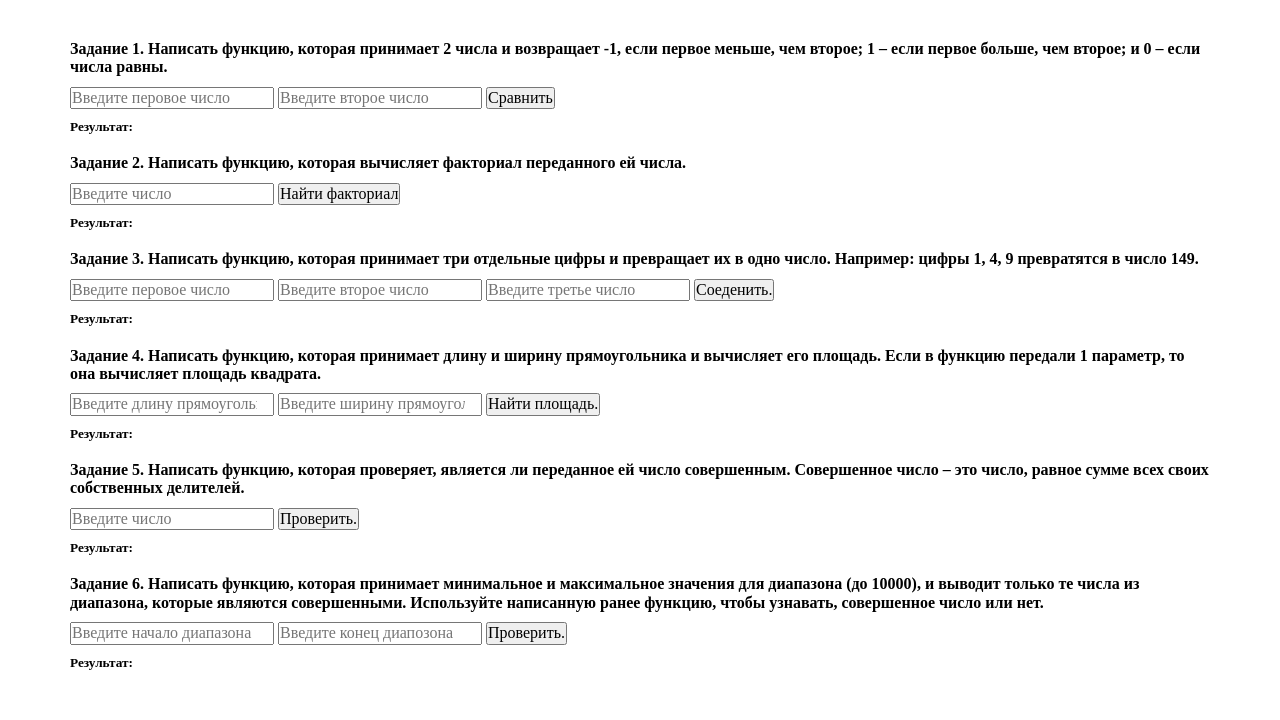
Repository: NastyaGavrilova/Beetroot-js
Page: HW3/index.html
The author's editor kept a copy of each file at every save. The page is drawn from the files as they stood at one save, then again after the next save.
The browser window is 1280 px wide. The pictures show the whole page.

Above is the page before, as saved 2021-10-18 17:11:08.

### HW3/index.html
<!DOCTYPE html>
<html lang="en">
  <head>
    <meta charset="UTF-8" />
    <meta http-equiv="X-UA-Compatible" content="IE=edge" />
    <meta name="viewport" content="width=device-width, initial-scale=1.0" />
    <link
      rel="stylesheet"
      href="https://cdnjs.cloudflare.com/ajax/libs/normalize/8.0.1/normalize.min.css"
      integrity="sha512-NhSC1YmyruXifcj/KFRWoC561YpHpc5Jtzgvbuzx5VozKpWvQ+4nXhPdFgmx8xqexRcpAglTj9sIBWINXa8x5w=="
      crossorigin="anonymous"
      referrerpolicy="no-referrer"
    />
    <link rel="stylesheet" href="./index.css" />
    <title>Functions</title>
  </head>
  <body>
    <section class="c-task-one">
      <h4 class="c-task-one__title c-title">
        Задание 1. Написать функцию, которая принимает 2 числа и возвращает -1,
        если первое меньше, чем второе; 1 – если первое больше, чем второе; и 0
        – если числа равны.
      </h4>
      <form
        action="#"
        method="post"
        class="c-task-one__form c-form"
        id="js-task1-form"
      >
        <input
          type="number"
          id="js-task1-input1"
          placeholder="Введите перовое число"
        />
        <input
          type="number"
          id="js-task1-input2"
          placeholder="Введите второе число"
        />
        <button id="js-task1-btn">Сравнить</button>
      </form>
      <h5>Результат: <span id="js-task1-span"></span></h5>
    </section>

    <section class="c-task-two c-tasks">
      <h4 class="c-task-two__title c-title">
        Задание 2. Написать функцию, которая вычисляет факториал переданного ей
        числа.
      </h4>
      <form
        action="#"
        method="post"
        class="c-task-two__form c-form"
        id="js-task2-form"
      >
        <input type="number" id="js-task2-input1" placeholder="Введите число" />
        <button id="js-task2-btn">Найти факториал</button>
      </form>
      <h5>Результат: <span id="js-task2-span"></span></h5>
    </section>

    <section class="c-task-three c-tasks">
      <h4 class="c-task-third__title c-title">
        Задание 3. Написать функцию, которая принимает три отдельные цифры и
        превращает их в одно число. Например: цифры 1, 4, 9 превратятся в число
        149.
      </h4>
      <form
        action="#"
        method="post"
        class="c-task-two__form c-form"
        id="js-task3-form c-form"
      >
        <input
          type="number"
          id="js-task3-input1"
          placeholder="Введите перовое число"
        />
        <input
          type="number"
          id="js-task3-input2"
          placeholder="Введите второе число"
        />
        <input
          type="number"
          id="js-task3-input3"
          placeholder="Введите третье число"
        />
        <button id="js-task3-btn">Соеденить.</button>
      </form>
      <h5>Результат: <span id="js-task3-span"></span></h5>
    </section>

    <section class="c-task-four c-tasks">
      <h4 class="c-task-four__title c-title">
        Задание 4. Написать функцию, которая принимает длину и ширину
        прямоугольника и вычисляет его площадь. Если в функцию передали 1
        параметр, то она вычисляет площадь квадрата.
      </h4>
      <form
        action="#"
        method="post"
        class="c-task-four__form c-form"
        id="js-task4-form"
      >
        <input
          type="number"
          id="js-task4-input1"
          placeholder="Введите длину прямоугольника"
        />
        <input
          type="number"
          id="js-task4-input2"
          placeholder="Введите ширину прямоугольника"
        />
        <button id="js-task4-btn">Найти площадь.</button>
      </form>
      <h5>Результат: <span id="js-task4-span"></span></h5>
    </section>

    <section class="c-task-five c-tasks">
      <h4 class="c-task-five__title c-title">
        Задание 5. Написать функцию, которая проверяет, является ли переданное
        ей число совершенным. Совершенное число – это число, равное сумме всех
        своих собственных делителей.
      </h4>
      <form
        action="#"
        method="post"
        class="c-task-five__form c-form"
        id="js-task5-form"
      >
        <input type="number" id="js-task5-input1" placeholder="Введите число" />
        <button id="js-task5-btn">Проверить.</button>
      </form>
      <h5>Результат: <span id="js-task5-span"></span></h5>
    </section>

    <section class="c-task-six c-tasks">
      <h4 class="c-task-six__title c-title">
        Задание 6. Написать функцию, которая принимает минимальное и
        максимальное значения для диапазона (до 10000), и выводит только те
        числа из диапазона, которые являются совершенными. Используйте
        написанную ранее функцию, чтобы узнавать, совершенное число или нет.
      </h4>
      <form
        action="#"
        method="post"
        class="c-task-six__form c-form"
        id="js-task6-form"
      >
        <input
          type="number"
          id="js-task6-input1"
          placeholder="Введите начало диапазона"
        />
        <input
          type="number"
          id="js-task6-input2"
          placeholder="Введите конец диапозона"
        />
        <button id="js-task6-btn">Проверить.</button>
      </form>
      <h5>Результат: <span id="js-task6-span"></span></h5>
    </section>
    <script src="./index.js"></script>
  </body>
</html>

### HW3/index.css
* {
  box-sizing: border-box;
  padding: 0;
  margin: 0;
}

body {
  max-width: 1200px;
  margin: 0 auto;
}
.c-task-one {
  padding: 40px 30px 20px 30px;
}

.c-tasks {
  padding: 0 30px 20px 30px;
}
.c-title {
  margin-bottom: 10px;
}
.c-form {
  margin-bottom: 10px;
}

### HW3/index.js
// const log = console.log;
// Task 1
let btn1 = document.getElementById("js-task1-btn");
btn1.addEventListener("click", (e) => {
  e.preventDefault();
  let task = document.getElementById("js-task1-input1");
  let task1 = document.getElementById("js-task1-input2");
  let span1 = document.getElementById("js-task1-span");
  let one = 1;
  let minusOne = -1;
  let zero = 0;
  if (task.value < task1.value) {
    return (span1.innerHTML = minusOne);
  } else if (task.value > task1.value) {
    return (span1.innerHTML = one);
  } else if (task.value == task1.value) {
    return (span1.innerHTML = zero);
  }
});

// task 2
let btn2 = document.getElementById("js-task2-btn");
btn2.addEventListener("click", (e) => {
  e.preventDefault();
  let task2 = document.getElementById("js-task2-input1");
  let span2 = document.getElementById("js-task2-span");
  let total = 1;
  for (i = task2.value; i > 1; i--) {
    total *= i;
  }
  return (span2.innerHTML = total);
});

// task 3
let btn3 = document.getElementById("js-task3-btn");
btn3.addEventListener("click", (e) => {
  e.preventDefault();
  let task3 = document.getElementById("js-task3-input1");
  let task3_1 = document.getElementById("js-task3-input2");
  let task3_2 = document.getElementById("js-task3-input3");
  let span3 = document.getElementById("js-task3-span");
  if (isNaN(task3.value, task3_1.value, task3_2.value)) {
    return (span3.innerHTML = "Введеное число не цифра");
  }
  return (span3.innerHTML = `${task3.value}${task3_1.value}${task3_2.value}`);
});

// task 4

let btn4 = document.getElementById("js-task4-btn");
btn4.addEventListener("click", (e) => {
  e.preventDefault();
  let task4 = document.getElementById("js-task4-input1");
  let task4_1 = document.getElementById("js-task4-input2");
  let span4 = document.getElementById("js-task4-span");
  let result;
  if (task4.value != "" && task4_1.value != "") {
    result = task4.value * task4_1.value;
    return (span4.innerHTML = result);
  } else if (task4.value != "" && task4_1.value == "") {
    result = Math.pow(task4.value, 2);
    return (span4.innerHTML = result);
  } else if (task4.value == "" && task4_1.value != "") {
    result = Math.pow(task4_1.value, 2);
    return (span4.innerHTML = result);
  }
});

// task 5

btn5 = document.getElementById("js-task5-btn");
btn5.addEventListener("click", (e) => {
  e.preventDefault();
  let task5 = document.getElementById("js-task5-input1");
  let span5 = document.getElementById("js-task5-span");
  let num = task5.value;
  let sum = 0;
  for (var i = 1; i <= num - 1; i++) {
    if (num % i === 0) {
      sum += i;
    }
  }
  if (sum == num) {
    return (span5.innerHTML = `Число ${num} совершенное`);
  } else {
    return (span5.innerHTML = `Число ${num} не совершенное`);
  }
});

// task 6

let btn6 = document.getElementById("js-task6-btn");
btn6.addEventListener("click", (e) => {
  e.preventDefault();
  let task6 = document.getElementById("js-task6-input1");
  let task6_1 = document.getElementById("js-task6-input2");
  let span6 = document.getElementById("js-task6-span");
  let num6 = task6.value;
  let num6_1 = task6_1.value;
  let result = [];

  for (let i = num6; i < num6_1; i++) {
    sum = 0;
    for (let n = 1; n <= i / 2; n++) {
      if (i % n === 0) sum += n;
    }
    if (i === sum) result.push(i);
  }
  return (span6.innerHTML = result);
});

After the next save:
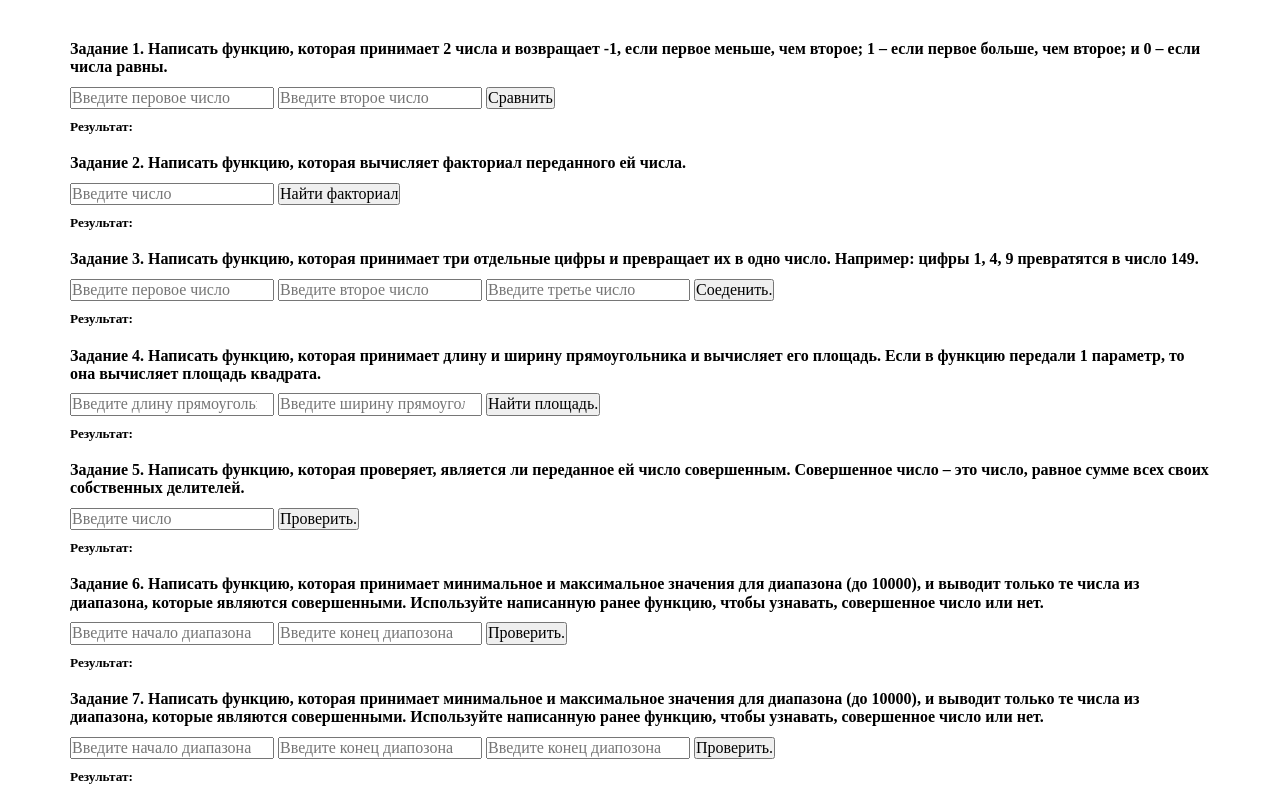
Saved 8 min 44 s later.
--- a/HW3/index.html
+++ b/HW3/index.html
@@ -163,6 +163,39 @@
       </form>
       <h5>Результат: <span id="js-task6-span"></span></h5>
     </section>
+
+    <section class="c-task-seven c-tasks">
+      <h4 class="c-task-seven__title c-title">
+        Задание 7. Написать функцию, которая принимает минимальное и
+        максимальное значения для диапазона (до 10000), и выводит только те
+        числа из диапазона, которые являются совершенными. Используйте
+        написанную ранее функцию, чтобы узнавать, совершенное число или нет.
+      </h4>
+      <form
+        action="#"
+        method="post"
+        class="c-task-seven__form c-form"
+        id="js-task6-form"
+      >
+        <input
+          type="number"
+          id="js-task7-input1"
+          placeholder="Введите начало диапазона"
+        />
+        <input
+          type="number"
+          id="js-task7-input2"
+          placeholder="Введите конец диапозона"
+        />
+        <input
+          type="number"
+          id="js-task7-input3"
+          placeholder="Введите конец диапозона"
+        />
+        <button id="js-task7-btn">Проверить.</button>
+      </form>
+      <h5>Результат: <span id="js-task7-span"></span></h5>
+    </section>
     <script src="./index.js"></script>
   </body>
 </html>
